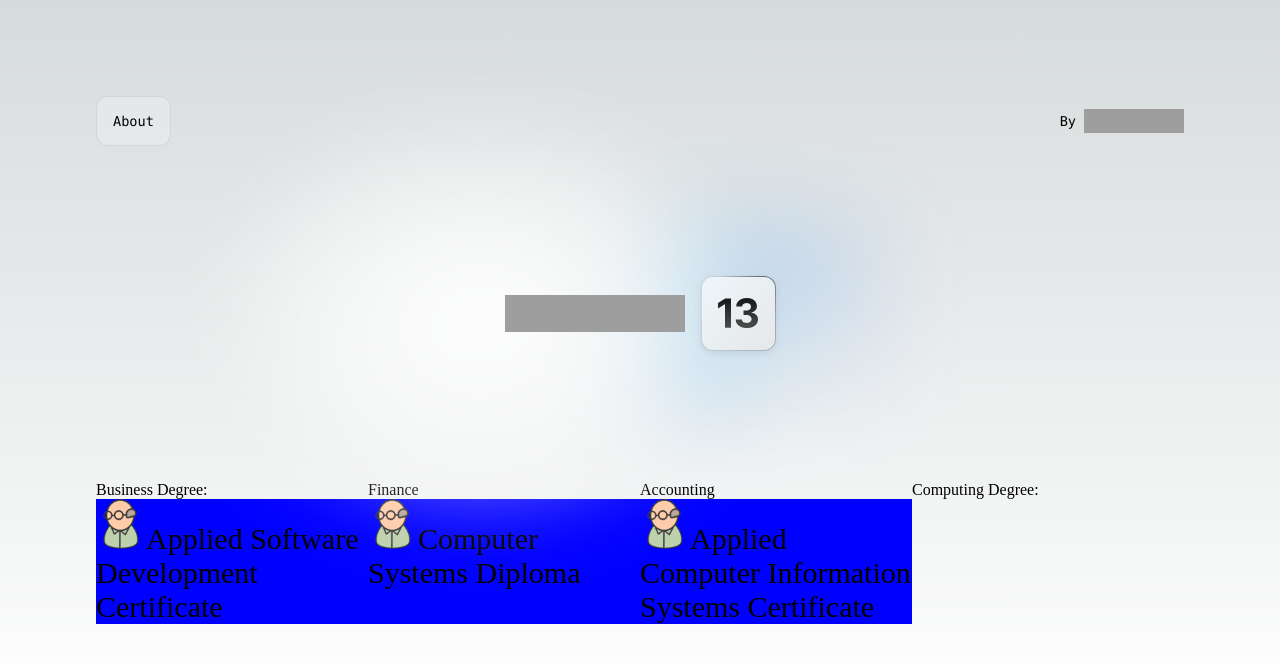
Repository: KushalK04/week3
Page: /
An editor plug-in stored every save of this project. The page is shown before and after the next save, followed by the edit.
The browser window is 1280 px wide. The pictures show the whole page.
Pictures or frames that could not be fetched are drawn as grey boxes. The project was rebuilt for these pictures with package versions that can differ from the ones it lists, and the page was loaded fresh each time. The framework's server and built-in components were replaced by stand-ins that run in the browser. Also part of the build but not shown: next.config.js.

Above is the page before, as saved 2023-01-16 15:33:58.

After the next save:
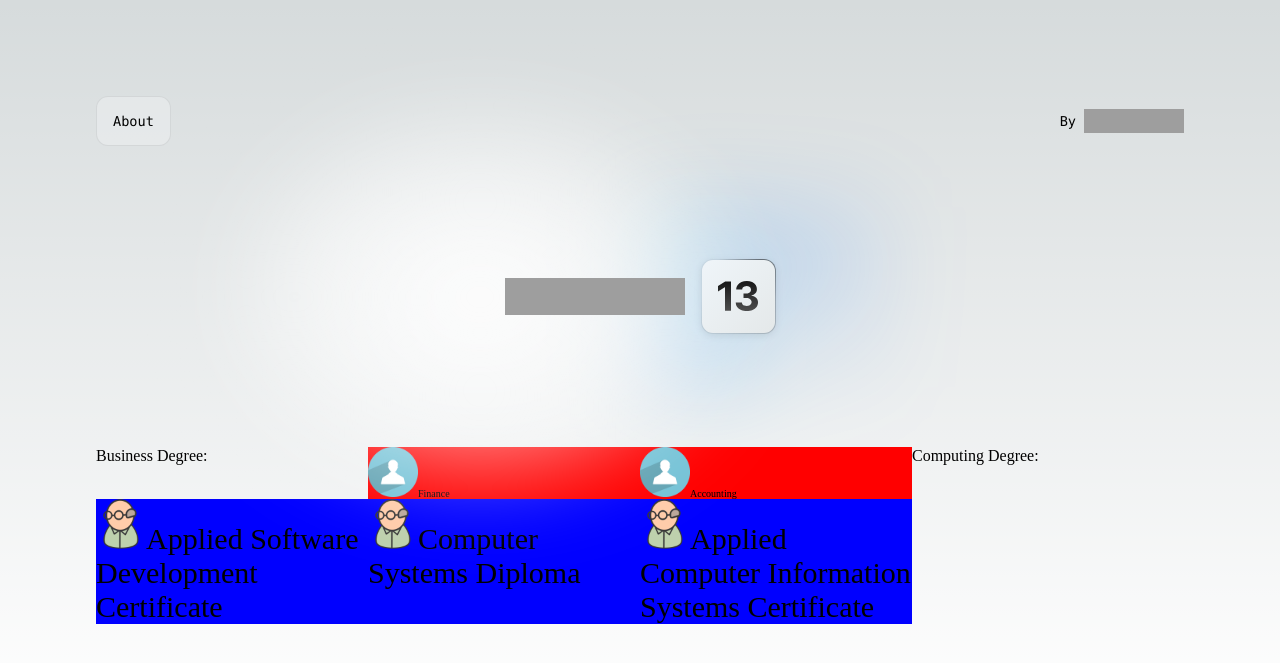
Saved 8 s later.
--- a/pages/index.js
+++ b/pages/index.js
@@ -73,7 +73,7 @@ export default function Home() {
               if(info.department === "Business") {
 
                 return(
-                  <div key={index}>{info.degree}</div>
+                  <Card key={index} degree={info.degree} colour="red" font="10px"/>
                 )
 
               }
